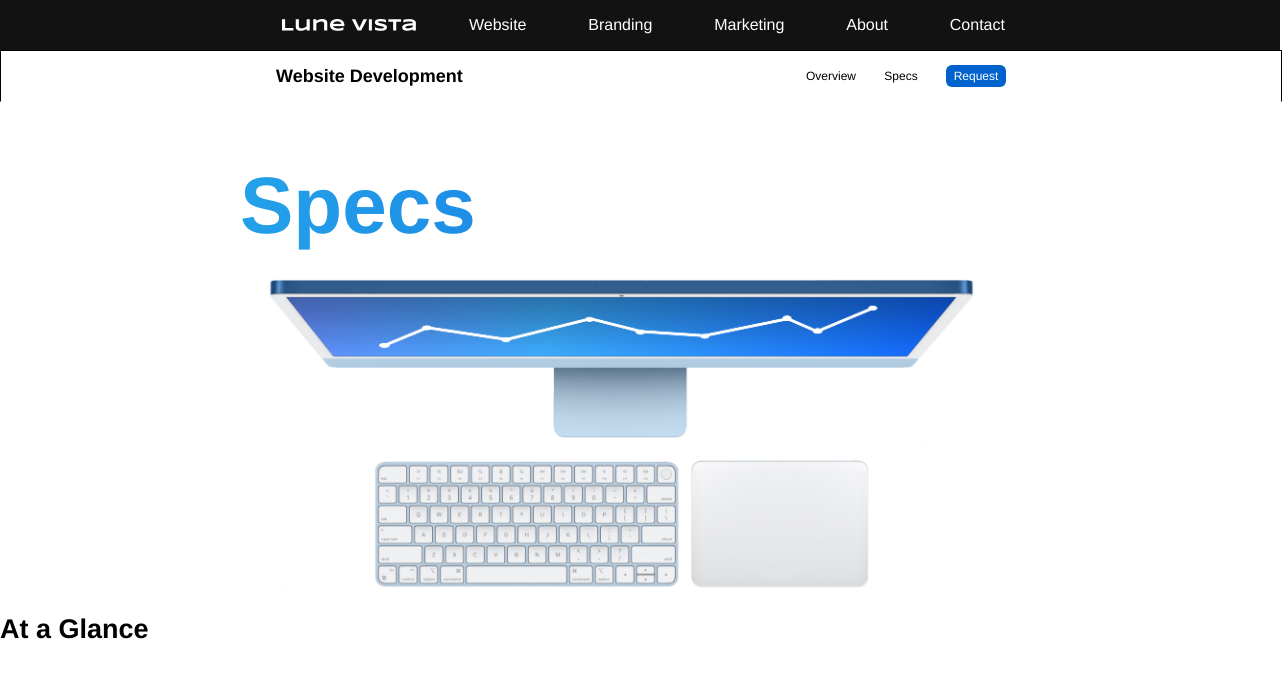
Repository: yoItsTyler/templates
Page: /specs
These files come from the project's save history. The page is drawn as it stood at one moment and after the next save; the edit follows.
The browser window is 1280 px wide. The page is 1282 px wide, so the pictures cover 1282 px, including what lies to the right of the window. The pictures show the whole page.
Some web fonts or font styles are not loaded; a fallback is used. The project was rebuilt for these pictures with package versions that can differ from the ones it lists, and the page was loaded fresh each time. Also part of the build but not shown: src/components/Home/styles.module.css, src/components/Navbar/styles.module.css, src/components/Navbar/Navbar.js, src/components/NavbarMobile/styles.module.css, src/components/NavbarMobile/NavbarMobile.js, src/components/Home/Home.js, src/components/Web/styles.module.css, src/components/Web/Web.js.

Above is the page before, as saved 2022-11-16 16:30:38.

After the next save:
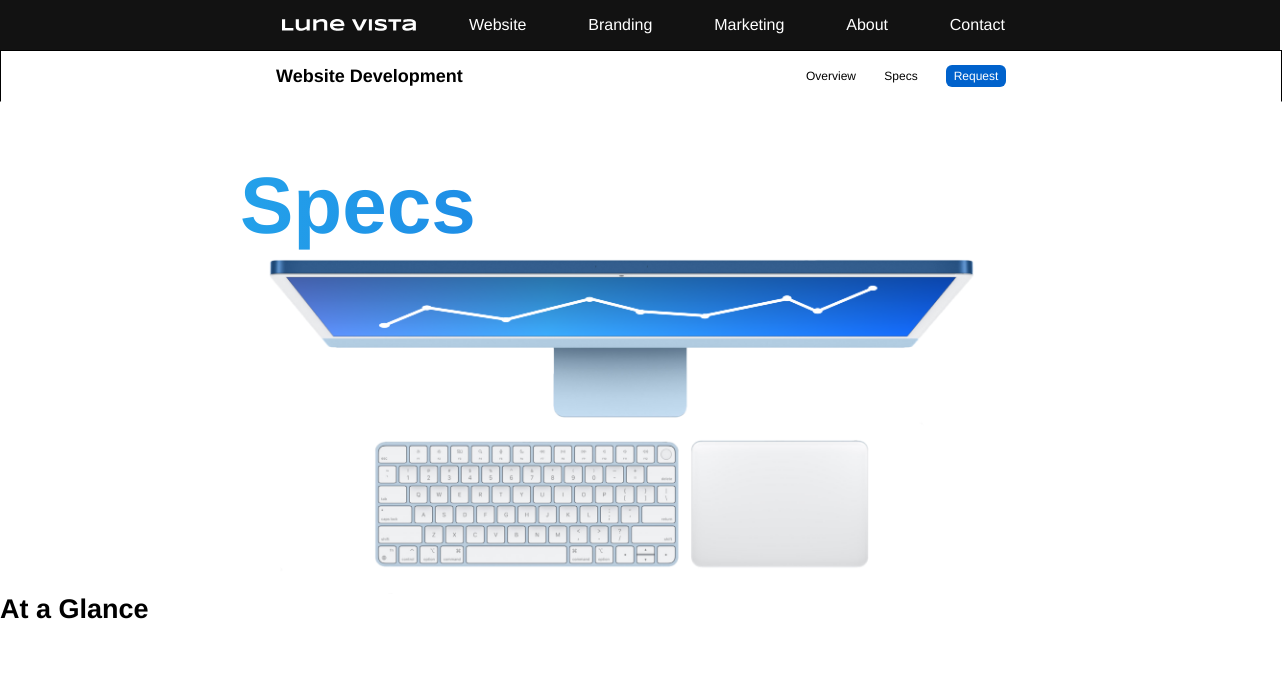
Saved 5 s later.
--- a/src/components/Specs/styles.module.css
+++ b/src/components/Specs/styles.module.css
@@ -30,7 +30,7 @@
     font-size: 80px;
     font-weight: 700;
     margin-top: 60px;
-    margin-bottom: -20px;
+    margin-bottom: -40px;
 }
 .deskT{
     width:800px;
